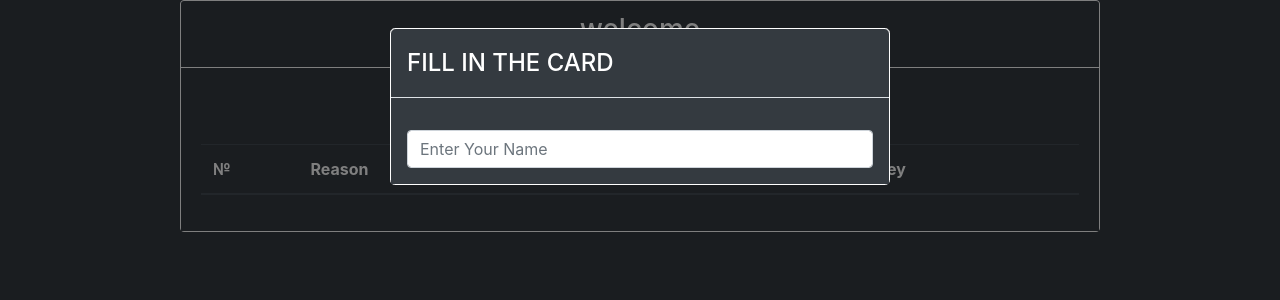
Repository: surefaceJS/allMyWorkInaliLinux
Page: hardcha/index.html
These files come from the project's save history. The page is drawn as it stood at one moment and after the next save; the edit follows.
The browser window is 1280 px wide. The pictures show the whole page.

Above is the page before, as saved 2021-04-19 12:31:29.

### hardcha/index.html
<!DOCTYPE html>
<html lang="en">

<head>
    <meta charset="UTF-8">
    <meta http-equiv="X-UA-Compatible" content="IE=edge">
    <meta name="viewport" content="width=device-width, initial-scale=1.0">
    <title>ReadyWebPage</title>
    <link rel="stylesheet" href="css/bootstrap.css">
    <link rel="stylesheet" href="fontawesome-free-5.15.2-web/css/all.min.css">
    <link rel="stylesheet" href="css/main.css">
</head>

<body class="bg-dark">


    <div class="container">



        <!-- The Modal -->
        <div class="modal" id="myModal">
            <div class="modal-dialog">
                <div class="modal-content border-white">

                    <!-- Modal Header -->
                    <div class="modal-header bg-dark text-center ">
                        <h4 class="modal-title text-white text-center text-uppercase">Fill in the card</h4>

                    </div>

                    <!-- Modal body -->
                    <div class="modal-body bg-dark">
                        <input type="text" class="form-control mt-3" id="userName" placeholder="Enter Your Name">
                    </div>

                </div>
            </div>
        </div>

        <div class="row">
            <div class="col-10 m-auto">
                <div class="card border-white">

                    <div class="card-header border-white bg-dark text-white text-center">
                        <h3>welcome <span id="pushName"></span> </h3>
                    </div>
                    <div class="card-body bg bg-dark">
                        <h1 class="text-danger text-center text-uppercase font-intel-bold" id="pushMonay"><span class="text-white">$</span></h1>

                        <table class="table table-dark table-hover table-striped">
                            <thead>
                                <tr>
                                    <th>№</th>
                                    <th>Reason</th>
                                    <th>Spend Money</th>
                                    <th>Type Money</th>
                                </tr>
                            </thead>
                            <tbody id="result"></tbody>
                        </table>
                    </div>

                </div>
            </div>
        </div>
    </div>

    <script src="js/jquery-3.3.1.slim.min.js"></script>
    <script src="js/popper.min.js"></script>
    <script src="js/bootstrap.js"></script>
    <script src="js/app.js"></script>
</body>

### hardcha/css/main.css
/*********************  FONTS STYLE *************************/
@font-face {
  font-family: "Inter-Bold";
  src: url("../asssets/fonts/Inter/Inter-Bold.ttf") format("truetype"); }
@font-face {
  font-family: "Inter-Regular";
  src: url("../asssets/fonts/Inter/Inter-Regular.ttf") format("truetype"); }
@font-face {
  font-family: "Inter-Light";
  src: url("../asssets/fonts/Inter/Inter-Light.ttf") format("truetype"); }
@font-face {
  font-family: "Inter-SemiBold";
  src: url("../asssets/fonts/Inter/Inter-SemiBold.ttf") format("truetype"); }
.font-intel-bold {
  font-family: "Inter-Bold", sans-serif; }

.font-intel-regular {
  font-family: "Inter-Regular", sans-serif; }

.font-intel-light {
  font-family: "Inter-Light", sans-serif; }

.font-inter-semi-bold {
  font-family: "Inter-SemiBold", sans-serif; }

/*# sourceMappingURL=main.css.map */

### hardcha/js/app.js
$(document).ready(function() {
    $('#myModal').modal('show');
});

Loaded but not shown: hardcha/css/bootstrap.css (library); hardcha/fontawesome-free-5.15.2-web/css/all.min.css (library); hardcha/js/jquery-3.3.1.slim.min.js (library); hardcha/js/popper.min.js (library); hardcha/js/bootstrap.js (library)

After the next save:
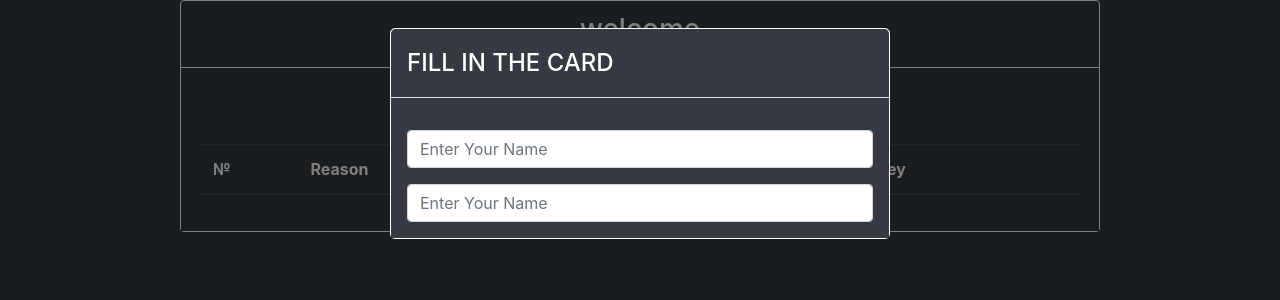
Saved 12 s later.
--- a/hardcha/index.html
+++ b/hardcha/index.html
@@ -31,6 +31,7 @@
 
                     <!-- Modal body -->
                     <div class="modal-body bg-dark">
+                        <input type="text" class="form-control mt-3" id="userName" placeholder="Enter Your Name">
                         <input type="text" class="form-control mt-3" id="userName" placeholder="Enter Your Name">
                     </div>
 
